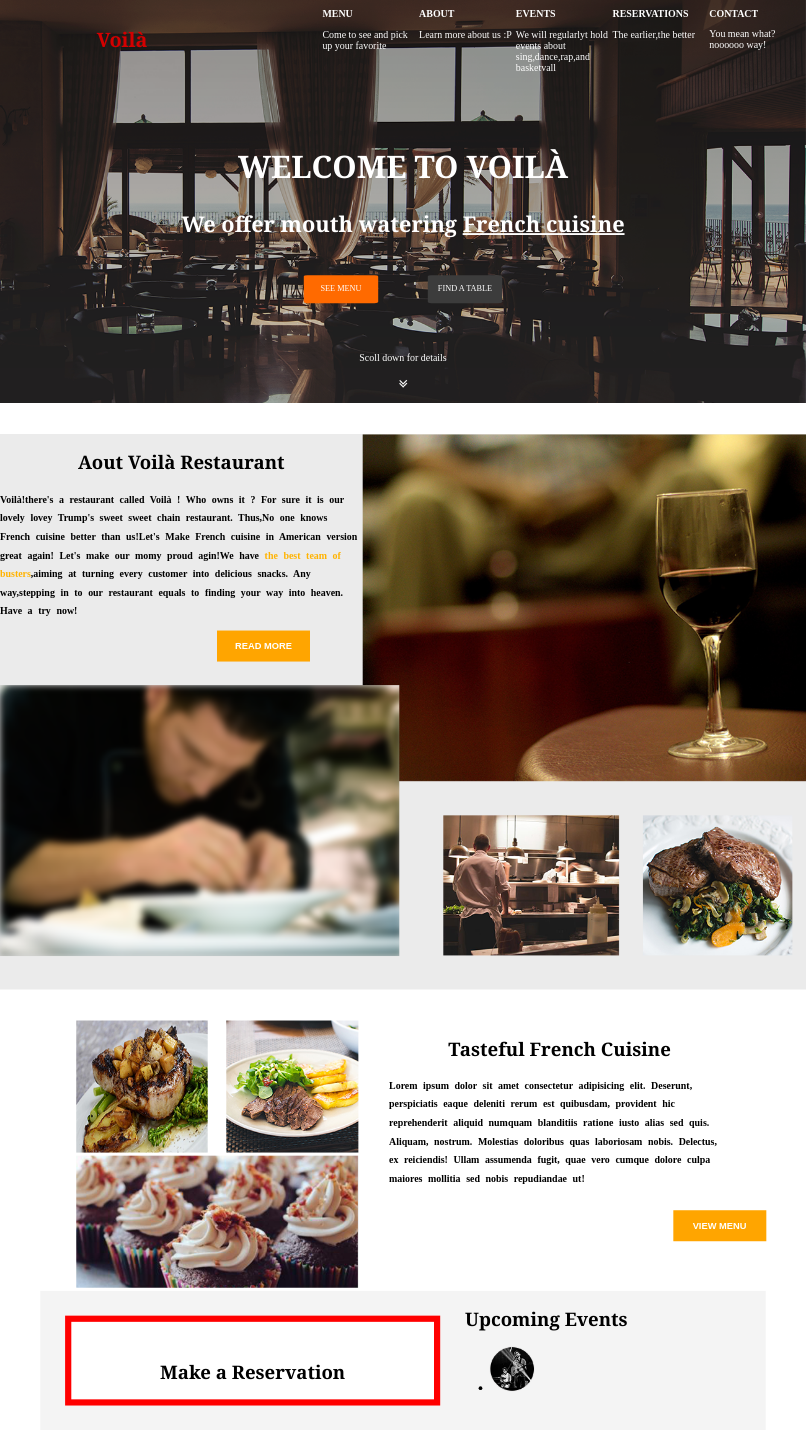
Repository: sis-shen/HTML_vsc
Page: adc_v2/index.html
These files come from the project's save history. The page is drawn as it stood at one moment and after the next save; the edit follows.
The browser window is 1280 px wide. The page is 1300 px wide, so the pictures cover 1300 px, including what lies to the right of the window. The pictures show the whole page, at 62% of full size.

Above is the page before, as saved 2023-08-18 10:57:01.

After the next save:
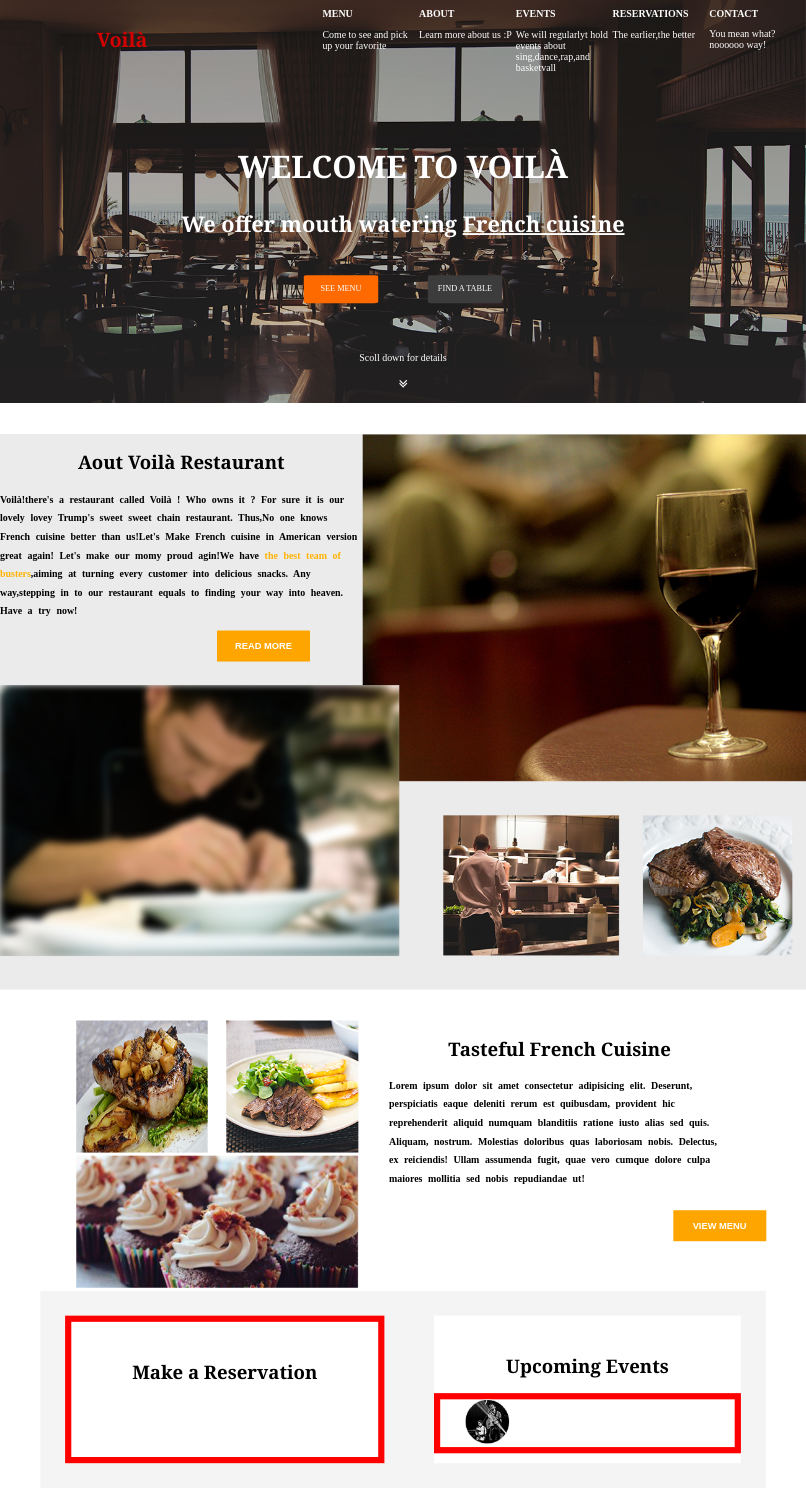
Saved 7 s later.
--- a/adc_v2/style.css
+++ b/adc_v2/style.css
@@ -320,14 +320,12 @@ body {
         border: red solid 10px;
 
     }
-    .events{
+    .events-box{
         padding-top: 35px;
 
         margin: 40px;
         background-color: white;
         width: 50%;
-        list-style-type: none;
-        padding-left: 15px;
 
 
         .event-emp{
